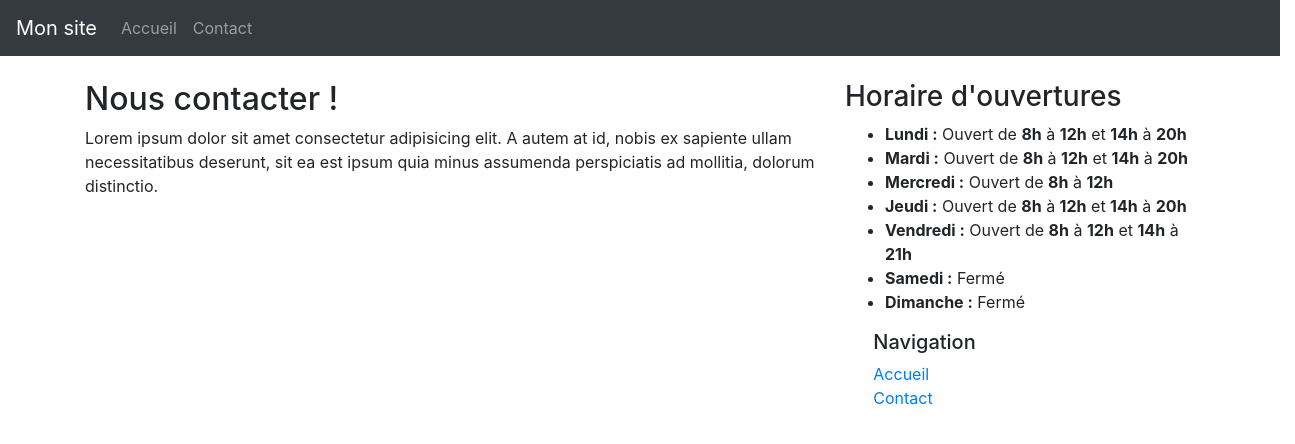
Repository: Alex-Serky/Backend_PHP
Page: http://localhost/contact.php
These files come from the project's save history. The page is drawn as it stood at one moment and after the next save; the edit follows.
The browser window is 1280 px wide. The page is 1295 px wide, so the pictures cover 1295 px, including what lies to the right of the window. The pictures show the whole page.
Some web libraries are served in a nearby version. The page is run by PHP 8.4 with error messages shown; the project is at /var/www/html/.

Above is the page before, as saved 2020-07-20 21:07:25.

### contact.php
<?php

$title = 'Nous contacter !';
require_once 'config.php';
require_once 'functions.php';
require 'header.php';

?>

<div class="row">
    <div class="col-md-8">
        <h2>Nous contacter !</h2>
        <p>
            Lorem ipsum dolor sit amet consectetur adipisicing elit. A autem at id,
            nobis ex sapiente ullam necessitatibus deserunt, sit ea est ipsum quia minus
            assumenda perspiciatis ad mollitia, dolorum distinctio.
        </p>
    </div>
    <div class="col-md-4">
        <h3>Horaire d'ouvertures</h3>
        <ul>
            <?php foreach(JOURS as $k => $jour): ?>
                <li>
                    <strong><?= $jour ?> :</strong>
                    <?= creneaux_html(CRENEAUX[$k]); ?>
                </li>
            <?php endforeach; ?>
        </ul>
    </div>

</div>

<?php require 'footer.php'; ?>

### config.php
<?php

define('JOURS', [
    'Lundi',
    'Mardi',
    'Mercredi',
    'Jeudi',
    'Vendredi',
    'Samedi',
    'Dimanche'
]);

define('CRENEAUX', [
    0 => [
        [8, 12],
        [14, 20]
    ],
    [
        [8, 12],
        [14, 20]
    ],
    [
        [8, 12]
    ],
    [
        [8, 12],
        [14, 20]
    ],
    [
        [8, 12],
        [14, 21]
    ],
    [],
    []
]);

### functions.php
<?php

function nav_item(string $lien, string $titre, string $linkClass = ''): string
{
    $classe = 'nav-item';
    if ($_SERVER['SCRIPT_NAME'] === $lien) {
        $classe .= ' active';
    }
    return <<<HTML
        <li class="$classe">
            <a class="$linkClass" href="$lien">$titre</a>
        </li>
HTML;
}

function nav_menu(string $linkClass = ''): string
{
    return
        nav_item('/Backend_PHP/index.php', 'Accueil', $linkClass) .
        nav_item('/Backend_PHP/contact.php', 'Contact', $linkClass);
}

function dump($variable){
    echo '<pre>';
        var_dump($variable);
    echo '</pre>';
}

function creneaux_html($creneaux){
    if (empty($creneaux)) {
        return 'Fermé';
    }
    $phrases = [];
    foreach ($creneaux as $creneau) {
        $phrases[] = "
            <strong>{$creneau[0]}h</strong>
            à
            <strong>{$creneau[1]}h</strong>
            ";
    }
    return 'Ouvert de ' . implode(' et ', $phrases);
}

### header.php
<?php

require_once 'functions.php';

?>

<!doctype html>
<html lang="en">

<head>
    <meta charset="utf-8">
    <meta name="viewport" content="width=device-width, initial-scale=1, shrink-to-fit=no">
    <meta name="description" content="">
    <meta name="author" content="">
    <link rel="icon" href="/docs/4.0/assets/img/favicons/favicon.ico">

    <title>
        <?php if(isset($title)): ?>
            <?= $title; ?>
        <?php else: ?>
            Mon site
        <?php endif; ?>
    </title>

    <!-- Bootstrap core CSS -->
    <link rel="stylesheet" href="https://stackpath.bootstrapcdn.com/bootstrap/4.5.0/css/bootstrap.min.css" integrity="sha384-9aIt2nRpC12Uk9gS9baDl411NQApFmC26EwAOH8WgZl5MYYxFfc+NcPb1dKGj7Sk" crossorigin="anonymous">

</head>

<body>

    <nav class="navbar navbar-expand-md navbar-dark bg-dark mb-4">
        <a class="navbar-brand" href="#">Mon site</a>
        <button class="navbar-toggler" type="button"
                data-toggle="collapse" data-target="#navbarsExampleDefault"
                aria-controls="navbarsExampleDefault" aria-expanded="false"
                aria-label="Toggle navigation">
            <span class="navbar-toggler-icon"></span>
        </button>

        <div class="collapse navbar-collapse"
            id="navbarsExampleDefault">
            <ul class="navbar-nav mr-auto">
                <?= nav_menu('nav-link'); ?>
            </ul>
        </div>
    </nav>

    <main role="main" class="container">

### footer.php
</main><!-- /.container -->

<div class="row">
<div class="col-md-4"></div>
<div class="col-md-4"></div>
<div class="col-md-4">
    <h5>Navigation</h5>
    <ul class="list-unstyled text-small">
        <?= nav_menu(); ?>
    </ul>
</div>
</div>

<script src="https://code.jquery.com/jquery-3.2.1.slim.min.js" integrity="sha384-KJ3o2DKtIkvYIK3UENzmM7KCkRr/rE9/Qpg6aAZGJwFDMVNA/GpGFF93hXpG5KkN" crossorigin="anonymous"></script>
<script src="https://cdnjs.cloudflare.com/ajax/libs/popper.js/1.12.9/umd/popper.min.js" integrity="sha384-ApNbgh9B+Y1QKtv3Rn7W3mgPxhU9K/ScQsAP7hUibX39j7fakFPskvXusvfa0b4Q" crossorigin="anonymous"></script>
<script src="https://maxcdn.bootstrapcdn.com/bootstrap/4.0.0/js/bootstrap.min.js" integrity="sha384-JZR6Spejh4U02d8jOt6vLEHfe/JQGiRRSQQxSfFWpi1MquVdAyjUar5+76PVCmYl" crossorigin="anonymous"></script>
</body>

</html>

After the next save:
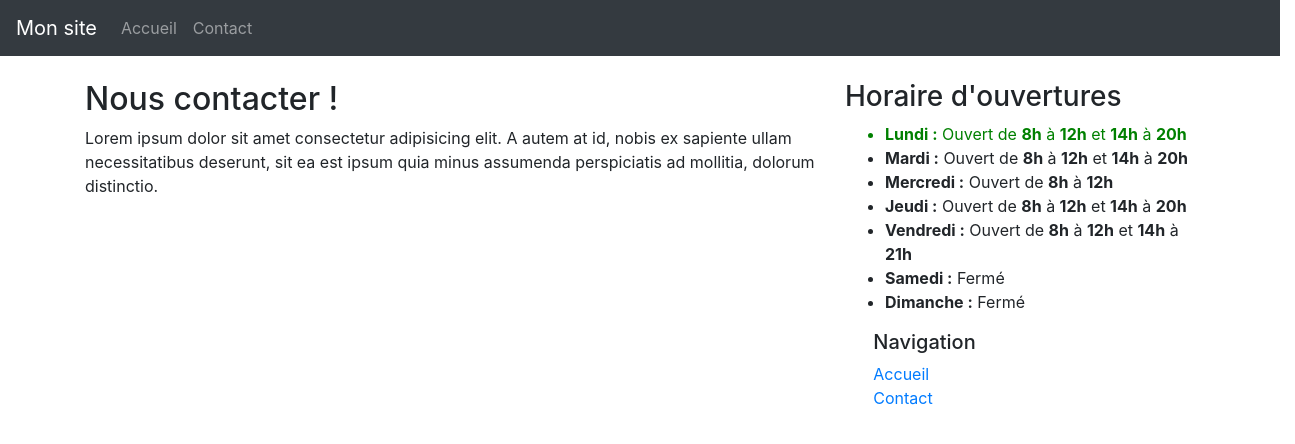
Saved 33 min 24 s later.
--- a/contact.php
+++ b/contact.php
@@ -18,9 +18,10 @@ require 'header.php';
     </div>
     <div class="col-md-4">
         <h3>Horaire d'ouvertures</h3>
+        <?php date('N') ?>
         <ul>
             <?php foreach(JOURS as $k => $jour): ?>
-                <li>
+                <li <?php if($k + 1 === (int)date('N')): ?> style="color:green"<?php endif ?>>
                     <strong><?= $jour ?> :</strong>
                     <?= creneaux_html(CRENEAUX[$k]); ?>
                 </li>
